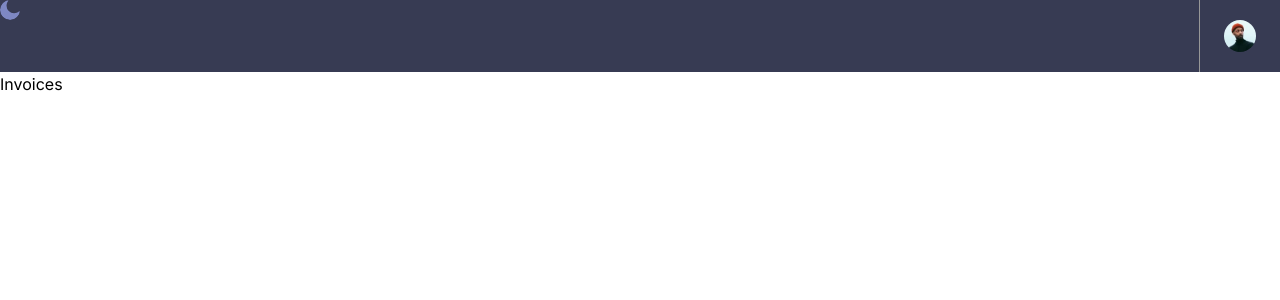
Repository: theoneswhodead/invoice-app
Page: /
The author's editor kept a copy of each file at every save. The page is drawn from the files as they stood at one save, then again after the next save.
The browser window is 1280 px wide. The pictures show the whole page.
The project was rebuilt for these pictures with package versions that can differ from the ones it lists, and the page was loaded fresh each time. The framework's server and built-in components were replaced by stand-ins that run in the browser. Also part of the build but not shown: next.config.mjs.

Above is the page before, as saved 2024-08-19 17:45:56.

### app/layout.tsx
import type { Metadata } from "next";
import { Inter } from "next/font/google";
import "./globals.css";

const inter = Inter({ subsets: ["latin"] });

export const metadata: Metadata = {
  title: "Invoice app<",
  description: "Invoice app",
};

export default function RootLayout({
  children,
}: Readonly<{
  children: React.ReactNode;
}>) {
  return (
    <html lang="en">
      <head>
        <link
            rel="icon"
            type="image/png"
            sizes="16x16"
            href="/favicon-32x32.png"
          />
      </head>
      <body className={inter.className}>{children}</body>
    </html>
  );
}

### app/page.tsx
import BarMenu from "./components/BarMenu";
import Invoices from "./components/Invoices";

export default function Home() {
  return (
    <main className="">
      <BarMenu />
      <Invoices />
    </main>
  );
}

### app/globals.css
@import url('https://fonts.googleapis.com/css2?family=League+Spartan:wght@100..900&display=swap');

@tailwind base;
@tailwind components;
@tailwind utilities;

### app/components/BarMenu.tsx
import React from 'react'
import Image from 'next/image'

const BarMenu = () => {
  return (
    <nav className='bg-gray h-[4.5rem] flex justify-between'>
      <div>
        <div>

        </div>
        <div>
        <Image
                src="/icon-moon.svg"
                width={20}
                height={20}
                alt="Avatar"
                className='rounded-full'
            />
        </div>
      </div>
      <div className='border-l border-light_gray'>
        <Image
            src="/image-avatar.jpg"
            width={32}
            height={32}
            alt="Avatar"
            className='rounded-full my-[1.25rem] mx-[1.5rem]'
        />
      </div>
    </nav>
  )
}

export default BarMenu

### app/components/Invoices.tsx
import React from 'react'

const Invoices = () => {
  return (
    <div>
      Invoices
    </div>
  )
}

export default Invoices

### tailwind.config.ts
import type { Config } from "tailwindcss";

const config: Config = {
  content: [
    "./pages/**/*.{js,ts,jsx,tsx,mdx}",
    "./components/**/*.{js,ts,jsx,tsx,mdx}",
    "./app/**/*.{js,ts,jsx,tsx,mdx}",
  ],
  darkMode: 'selector',
  theme: {
    extend: {
      colors: {
        "purple": "#7C5DFA",
        "light_purple": "#9277FF",
        "charcoal_blue": "#1E2139",
        "charcoal_gray": "#252945",
        "lavender_blue": "#DFE3FA",
        "cool_gray": "#888EB0",
        "wild_blue_yonder": "#7E88C3",
        "gunmetal": "#0C0E16",
        "coral_red": "#EC5757",
        "periwinkle": "#9277FF",
        "off_white": "#F8F8FB",
        "rich_black": "#141625",
        "gray": "#373B53",
        "light_gray": "#979797"
      },
      fontFamily: {
        Leagie_Spartan: ["League Spartan", "sans-serif"],
      },
      screens: {
        xxs: "280px",
        xs: "375px",
        ss: "580px",
        sm: "768px",
        md: "1060px",
        lg: "1440px",
        xl: "1700px",
      },
    },
  },
  plugins: [],
};
export default config;

After the next save:
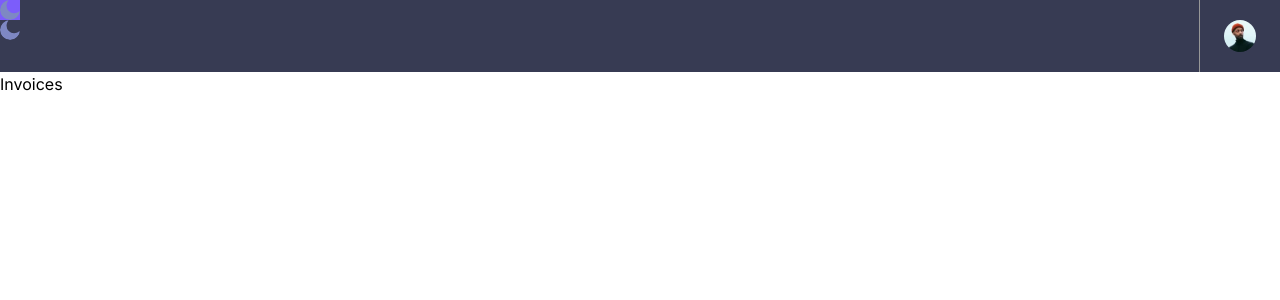
Saved 30 s later.
--- a/app/components/BarMenu.tsx
+++ b/app/components/BarMenu.tsx
@@ -5,8 +5,14 @@ const BarMenu = () => {
   return (
     <nav className='bg-gray h-[4.5rem] flex justify-between'>
       <div>
-        <div>
-
+        <div className='bg-purple'>
+            <Image
+                    src="/icon-moon.svg"
+                    width={20}
+                    height={20}
+                    alt="Avatar"
+                    className='rounded-full'
+                />
         </div>
         <div>
         <Image
